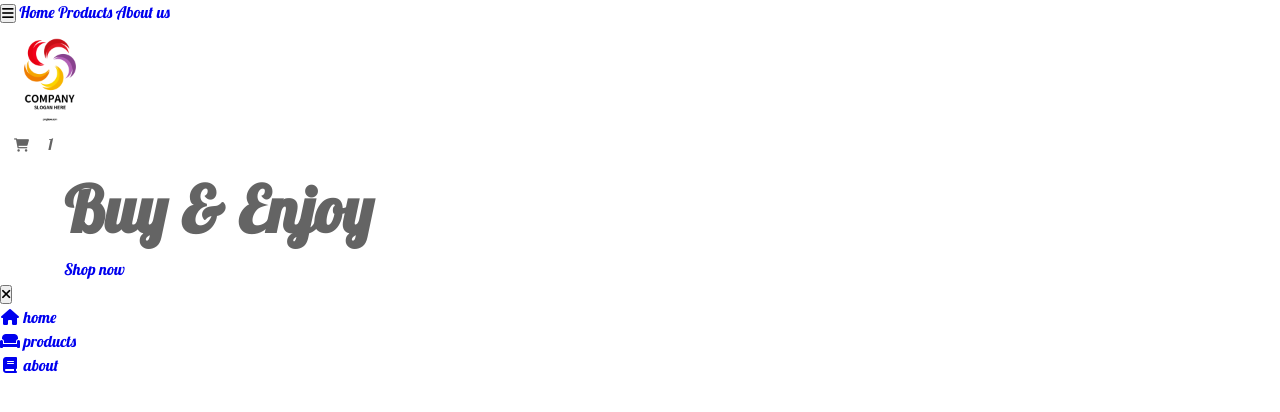
Repository: tetlisna/myprojectJS2
Page: index.html
The author's editor kept a copy of each file at every save. The page is drawn from the files as they stood at one save, then again after a run of saves.
The browser window is 1280 px wide. The pictures show the whole page.
Some web fonts or font styles are not loaded; a fallback is used.

Above is the page before, as saved 2022-09-04 19:47:42.

After the next 2 saves:
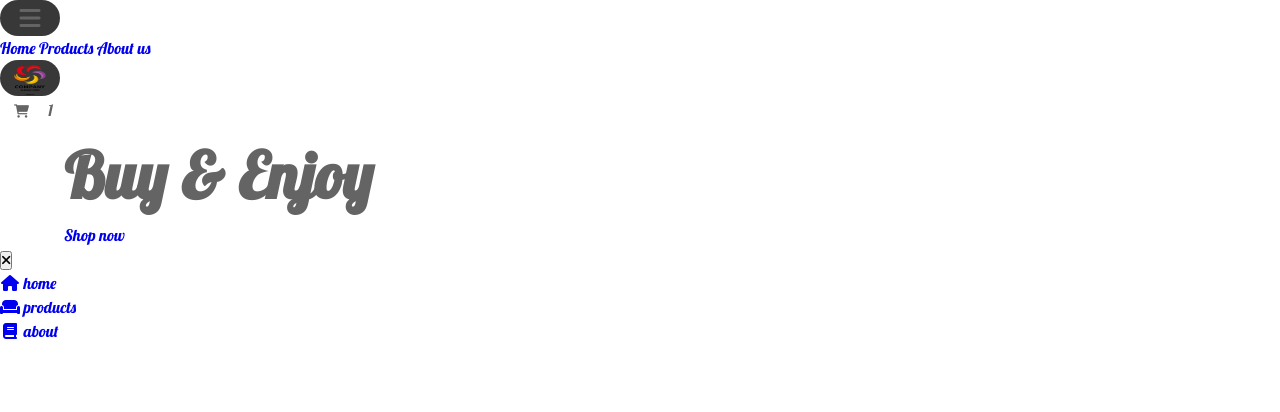
The 2 saves are shown as one change because they came seconds apart.
The last was saved 7 s later.
--- a/css/style.css
+++ b/css/style.css
@@ -77,7 +77,7 @@ p {
     color: var(--dark-grey);
   } */
 .nav-logo {
-    background: var(--;
+    background: var(--black-light);
     border-color: transparent;
     color: var(--clr-white);
     width: 3.75rem;
